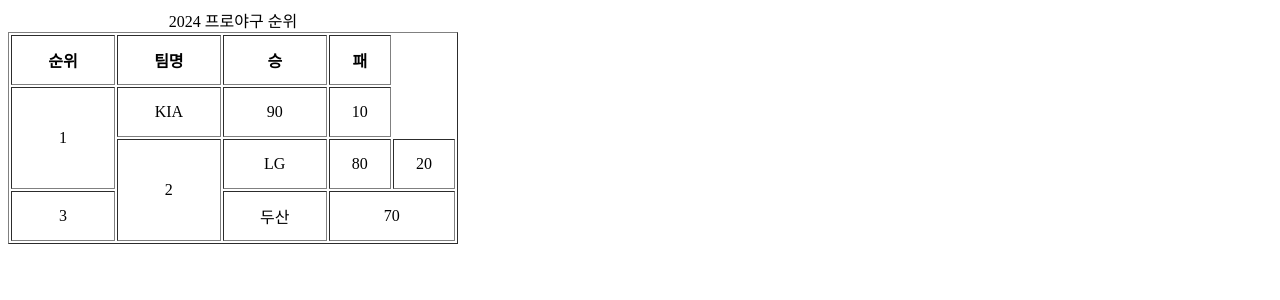
Repository: Cheol-Cheol/KOSA
Page: Kcc_web/Html/WebContent/table.html
These files come from the project's save history. The page is drawn as it stood at one moment and after the next save; the edit follows.
The browser window is 1280 px wide. The pictures show the whole page.

Above is the page before, as saved 2024-07-08 05:30:17.

### Kcc_web/Html/WebContent/table.html
<!DOCTYPE html>
<html>
<head>
<meta charset="UTF-8">
<title>Insert title here</title>
</head>
<body>
	<table width="450" border="1">
		<caption>2024 프로야구 순위</caption>
		<thead>
			<tr height="50" align="center">
				<th>순위</th>
				<th>팀명</th>
				<th>승</th>
				<th>패</th>
			</tr>
		</thead>
		<tbody>
			<tr height="50" align="center">
				<td rowspan="2"'>1</td>
				<td>KIA</td>
				<td>90</td>
				<td>10</td>
			</tr>
			<tr height="50" align="center">
				<td rowspan = "2">2</td>
				<td>LG</td>
				<td>80</td>
				<td>20</td>
			</tr>
			<tr height="50" align="center">
				<td>3</td>
				<td>두산</td>
				<td colspan ="2">70</td>
			</tr>
		</tbody>
	</table>
</body>
</html>

After the next save:
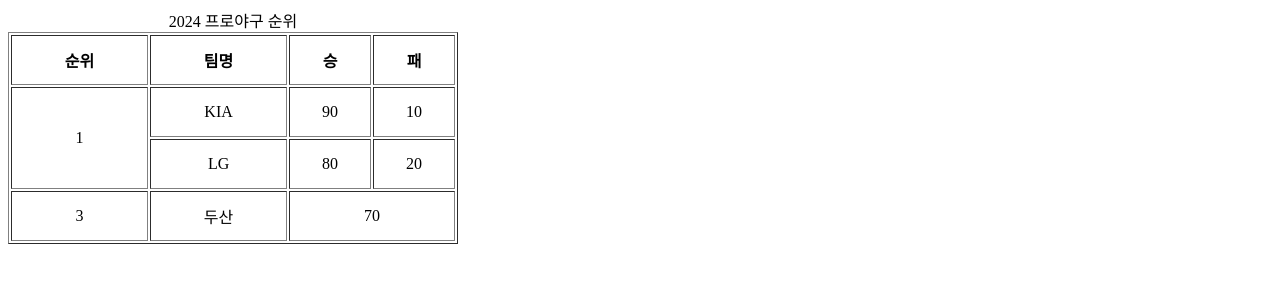
Saved 22 s later.
--- a/Kcc_web/Html/WebContent/table.html
+++ b/Kcc_web/Html/WebContent/table.html
@@ -23,7 +23,6 @@
 				<td>10</td>
 			</tr>
 			<tr height="50" align="center">
-				<td rowspan = "2">2</td>
 				<td>LG</td>
 				<td>80</td>
 				<td>20</td>
